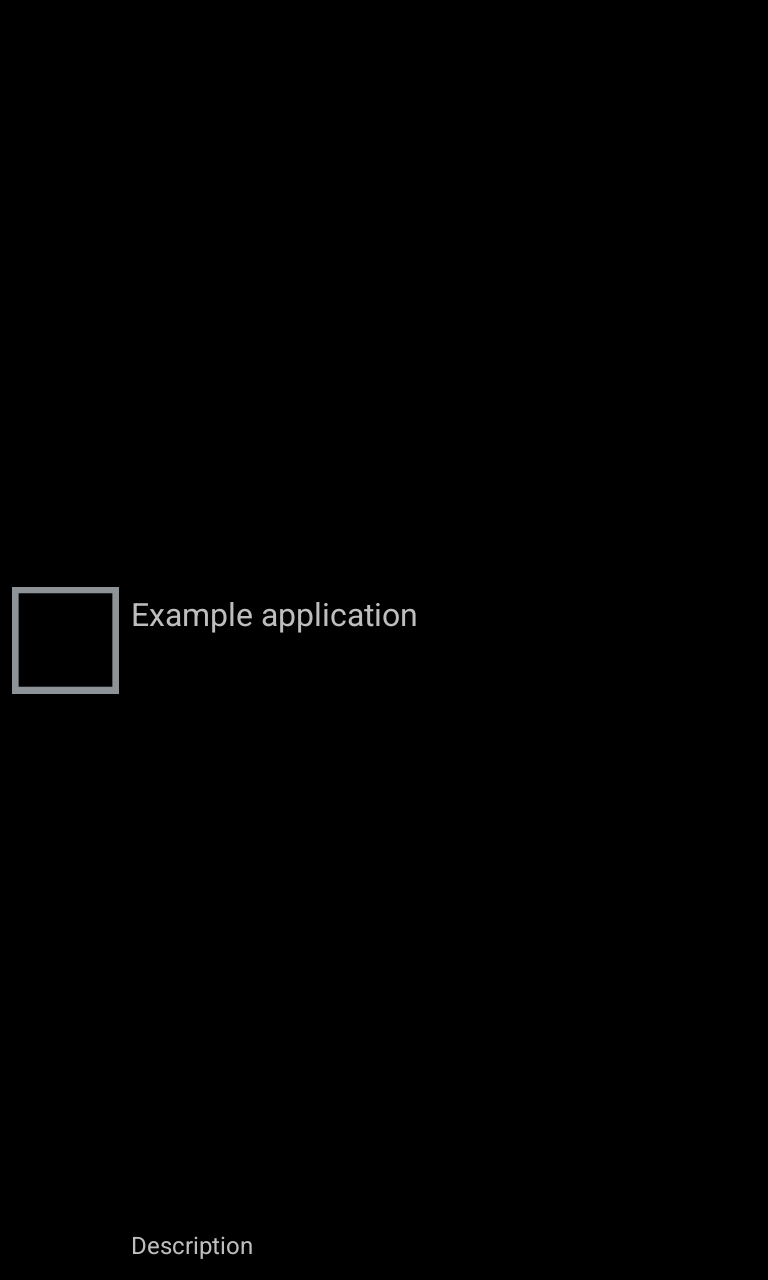
Repository: easyCZ/UoE-Projects
Layout: UG3-SELP/res/layout/sidebar_drawer.xml
An editor plug-in stored every save of this project. The layout is shown before and after the next save, followed by the edit.
It is drawn on a 768 x 1280 px phone screen (xhdpi) without system bars, with theme android:Theme.Black.NoTitleBar; the app's code is not run.

Above is the layout before, as saved 2013-12-05 17:12:44.

### UG3-SELP/res/layout/sidebar_drawer.xml
<?xml version="1.0" encoding="utf-8"?>
<RelativeLayout xmlns:android="http://schemas.android.com/apk/res/android"
    android:layout_width="match_parent"
    android:layout_height="match_parent" >

    <ImageView
        android:id="@+id/sidebarIcon"
        android:layout_width="wrap_content"
        android:layout_height="fill_parent"
        android:layout_alignParentBottom="true"
        android:layout_alignParentTop="true"
        android:layout_marginRight="6dp"
        android:layout_marginLeft="6dp"
        android:contentDescription="@string/sidebarContentDesc"
        android:src="@drawable/checkbox_unchecked"/>

    <TextView
        android:id="@+id/secondLine"
        android:layout_width="fill_parent"
        android:layout_height="26dip"
        android:layout_alignParentBottom="true"
        android:layout_alignParentRight="true"
        android:layout_toRightOf="@id/sidebarIcon"
        android:ellipsize="marquee"
        android:singleLine="true"
        android:text="Description"
        android:textSize="12sp" />

    <TextView
        android:layout_width="fill_parent"
        android:layout_height="wrap_content"
        android:layout_above="@id/secondLine"
        android:layout_alignParentRight="true"
        android:layout_alignParentTop="true"
        android:layout_alignWithParentIfMissing="true"
        android:layout_toRightOf="@id/sidebarIcon"
        android:gravity="center_vertical"
        android:text="Example application"
        android:textSize="16sp" />


</RelativeLayout>

### UG3-SELP/res/values/strings.xml
<?xml version="1.0" encoding="utf-8"?>
<resources>

    <string name="app_name">UoE Informatics Timetable</string>
    <string name="action_settings">Settings</string>
    <string name="service_name">XML Downloader</string>
    <string name="title_activity_class_detail_fragment">ClassDetailFragment</string>
    <string name="optionsBtnDesc">Options</string>
    <string name="settingsBtnDesc">Settings</string>
    <string name="searchBtnDesc">Settings</string>
    <string name="searchHint">Search..</string>
    <string name="availableCourses">Available courses:</string>
    <string name="sidebarContentDesc">Course Image</string>

</resources>

After the next save:
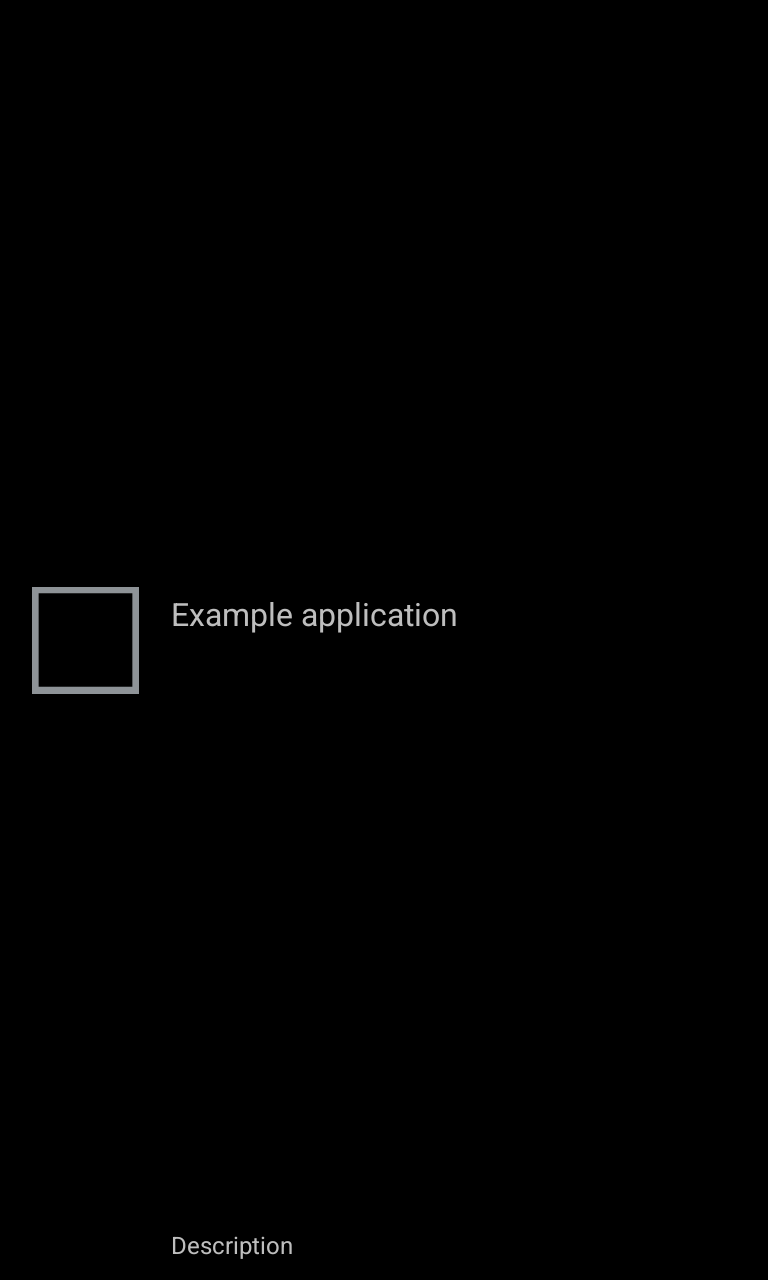
Saved 11 s later.
--- a/UG3-SELP/res/layout/sidebar_drawer.xml
+++ b/UG3-SELP/res/layout/sidebar_drawer.xml
@@ -12,7 +12,8 @@
         android:layout_marginRight="6dp"
         android:layout_marginLeft="6dp"
         android:contentDescription="@string/sidebarContentDesc"
-        android:src="@drawable/checkbox_unchecked"/>
+        android:src="@drawable/checkbox_unchecked"
+        android:padding="10dp"/>
 
     <TextView
         android:id="@+id/secondLine"
